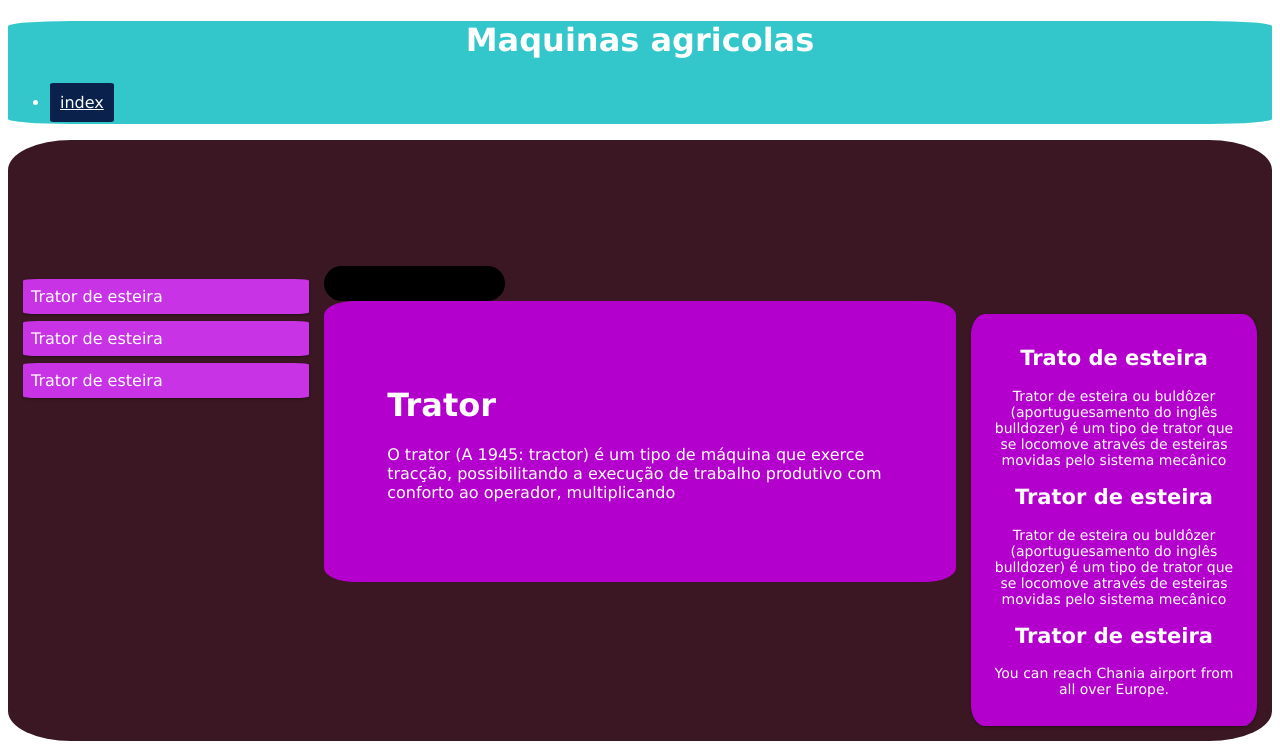
Repository: ecrseer/pesquisa-carros-html
Page: news.html
The author's editor kept a copy of each file at every save. The page is drawn from the files as they stood at one save, then again after the next save.
The browser window is 1280 px wide. The pictures show the whole page.

Above is the page before, as saved 2022-01-21 16:15:05.
Console error: TypeError: Cannot read properties of undefined (reading 'fn')

After the next save:
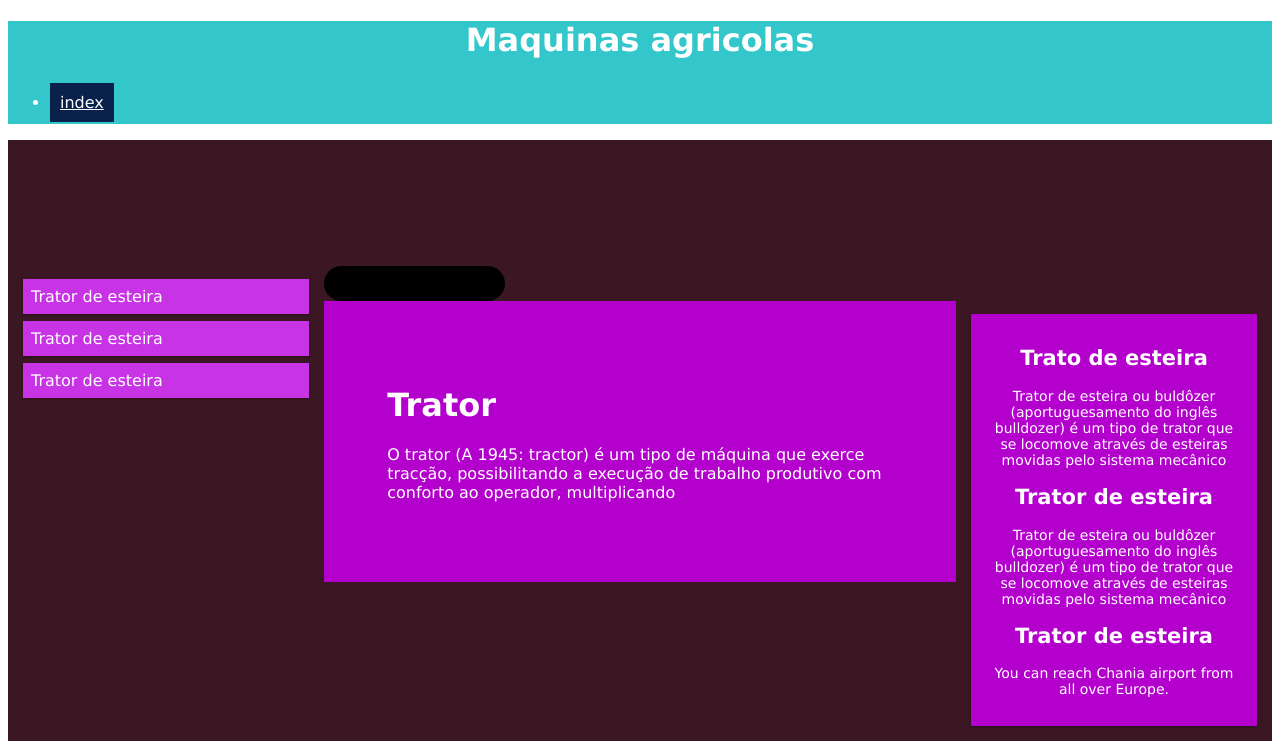
Saved 17 s later.
--- a/news.css
+++ b/news.css
@@ -1,7 +1,6 @@
 * {
     box-sizing: border-box;
     color:white;
-    border-radius: 5%;
   }
 
   .entr{
